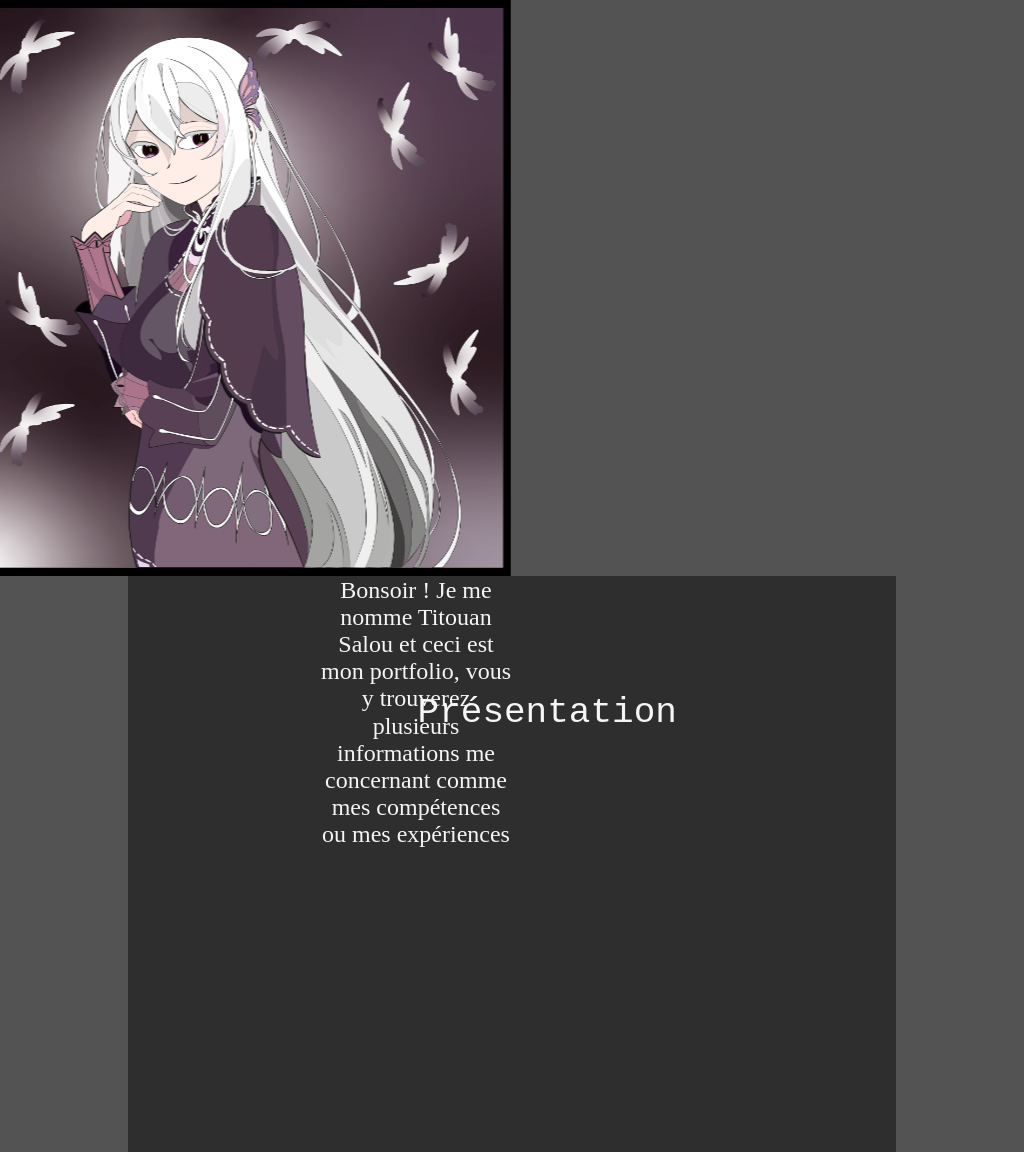
Repository: Mini-T/portfolio
Page: cv.html
The author's editor kept a copy of each file at every save. The page is drawn from the files as they stood at one save, then again after the next save.
The browser window is 1280 px wide. The pictures show the whole page, at 80% of full size.
After loading, the first visible `#btnpresentation` was clicked once.

Above is the page before, as saved 2021-10-06 00:14:31.

After the next save:
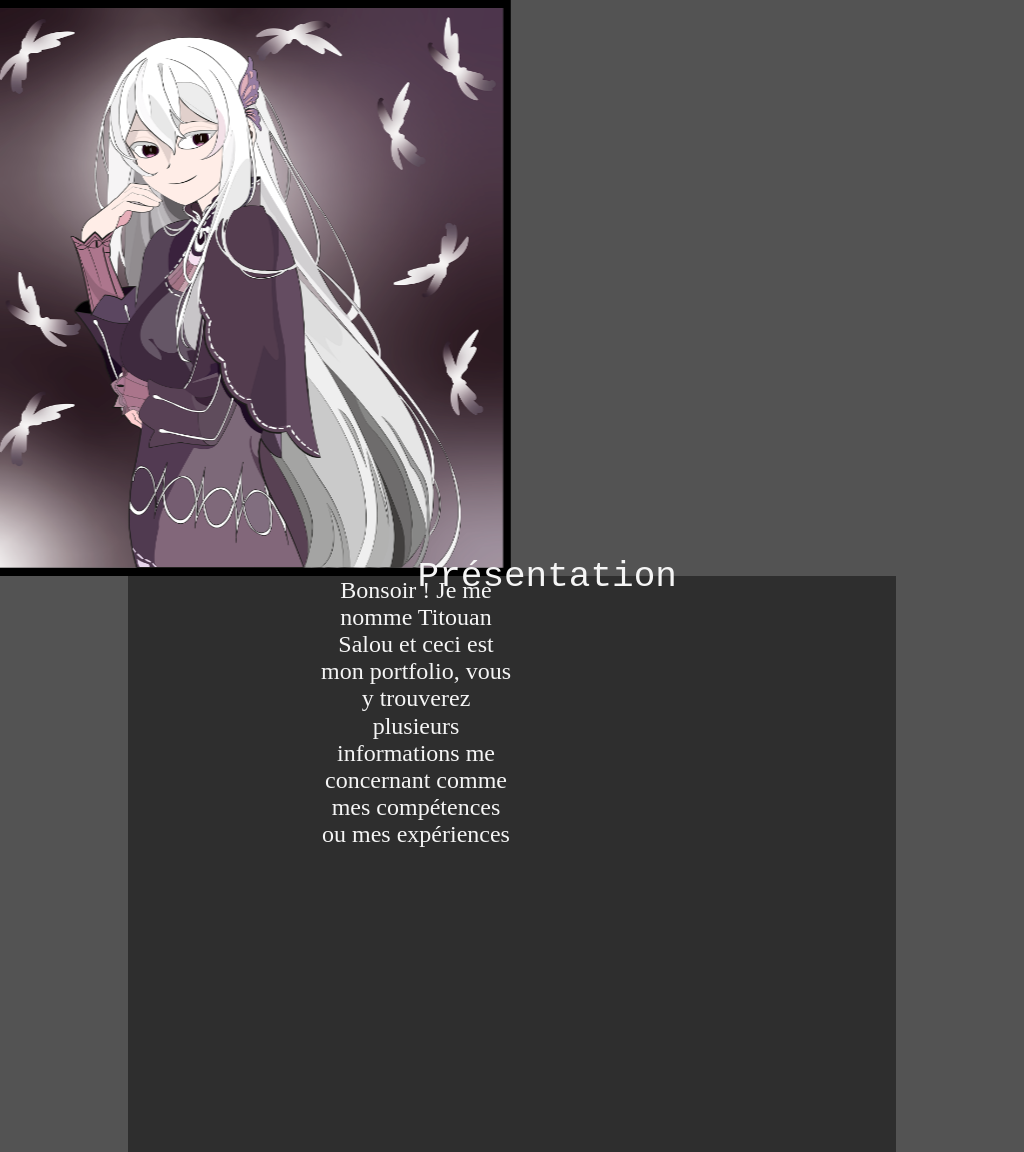
Saved 6 s later.
--- a/cv.css
+++ b/cv.css
@@ -169,6 +169,6 @@
  left: 140%;
   position: relative;
   justify-self: center;
-  bottom: ;
+  bottom: 50%;
   font-size: 45px;
 }
